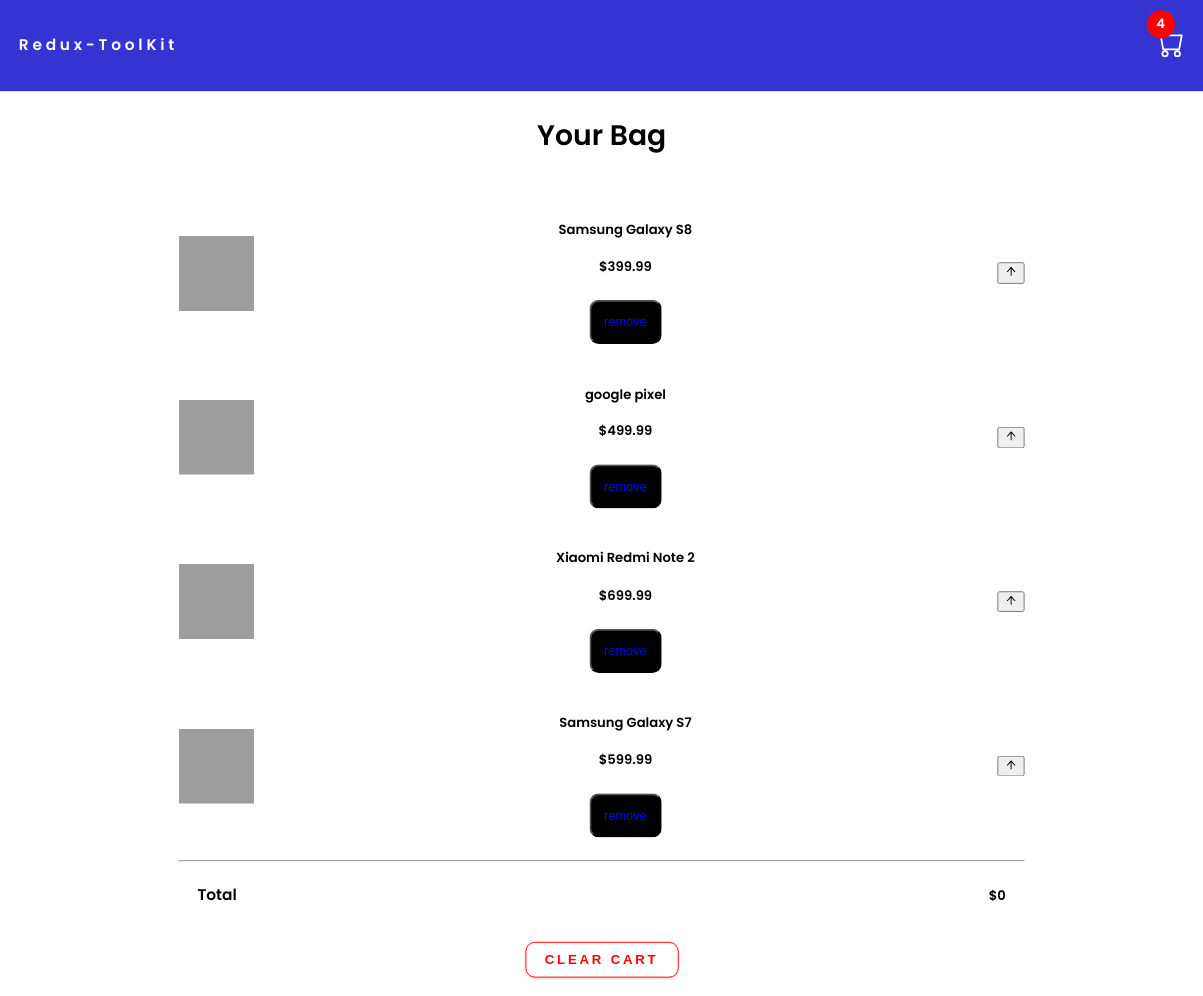
Repository: OmniaRafat232111121/shoppingCart
Page: /
The author's editor kept a copy of each file at every save. The page is drawn from the files as they stood at one save, then again after the next save.
The browser window is 1280 px wide. The pictures show the whole page, at 94% of full size.
Pictures or frames that could not be fetched are drawn as grey boxes. The project was rebuilt for these pictures with package versions that can differ from the ones it lists, and the page was loaded fresh each time.

Above is the page before, as saved 2023-02-07 17:59:25.

After the next save:
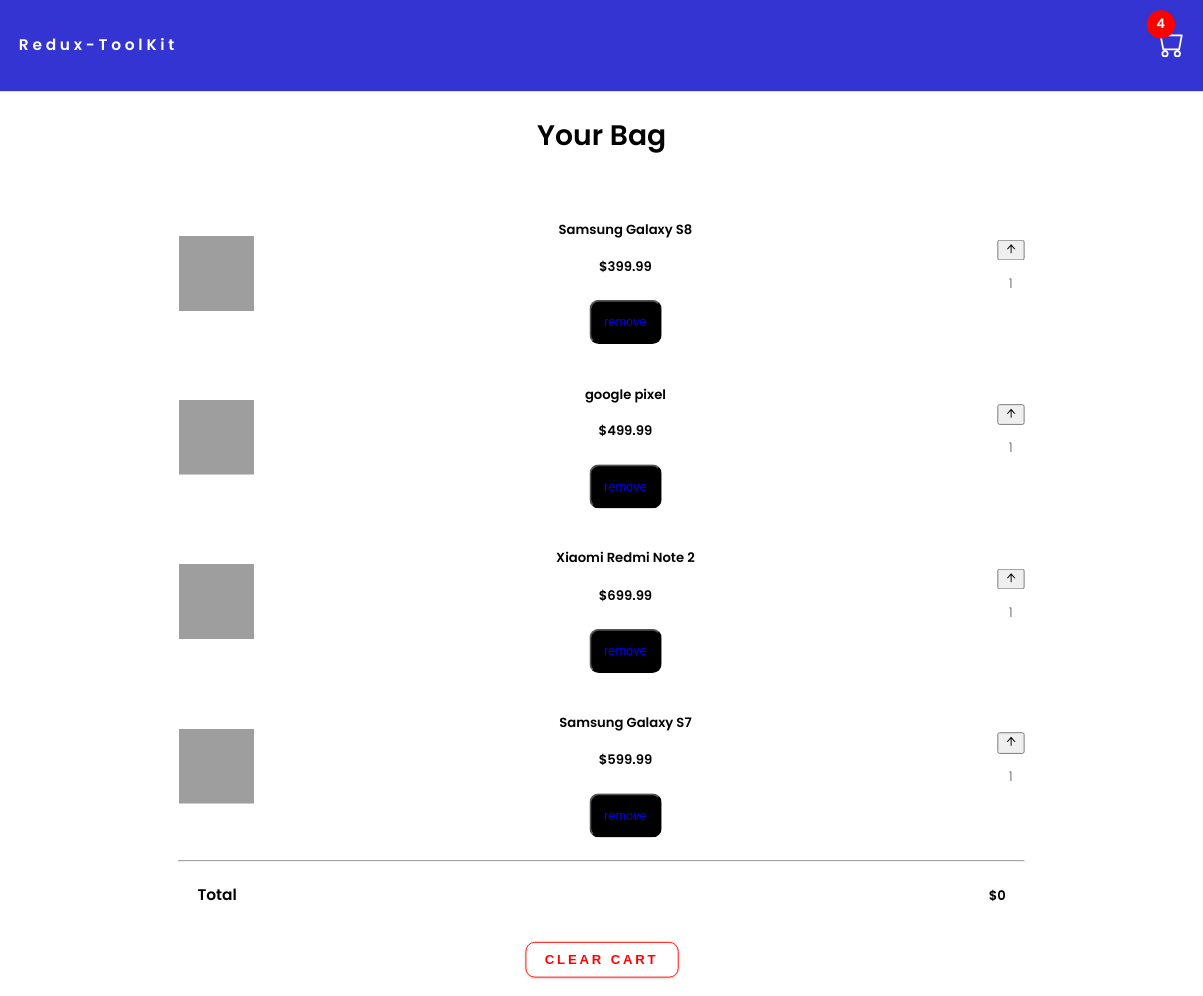
Saved 11 s later.
--- a/src/Component/CartItem.js
+++ b/src/Component/CartItem.js
@@ -14,6 +14,7 @@
               <button className='amount-btn'>
                   <AiOutlineArrowUp/>
               </button>
+              <p>{amount}</p>
           </div>
       </article>
   )
